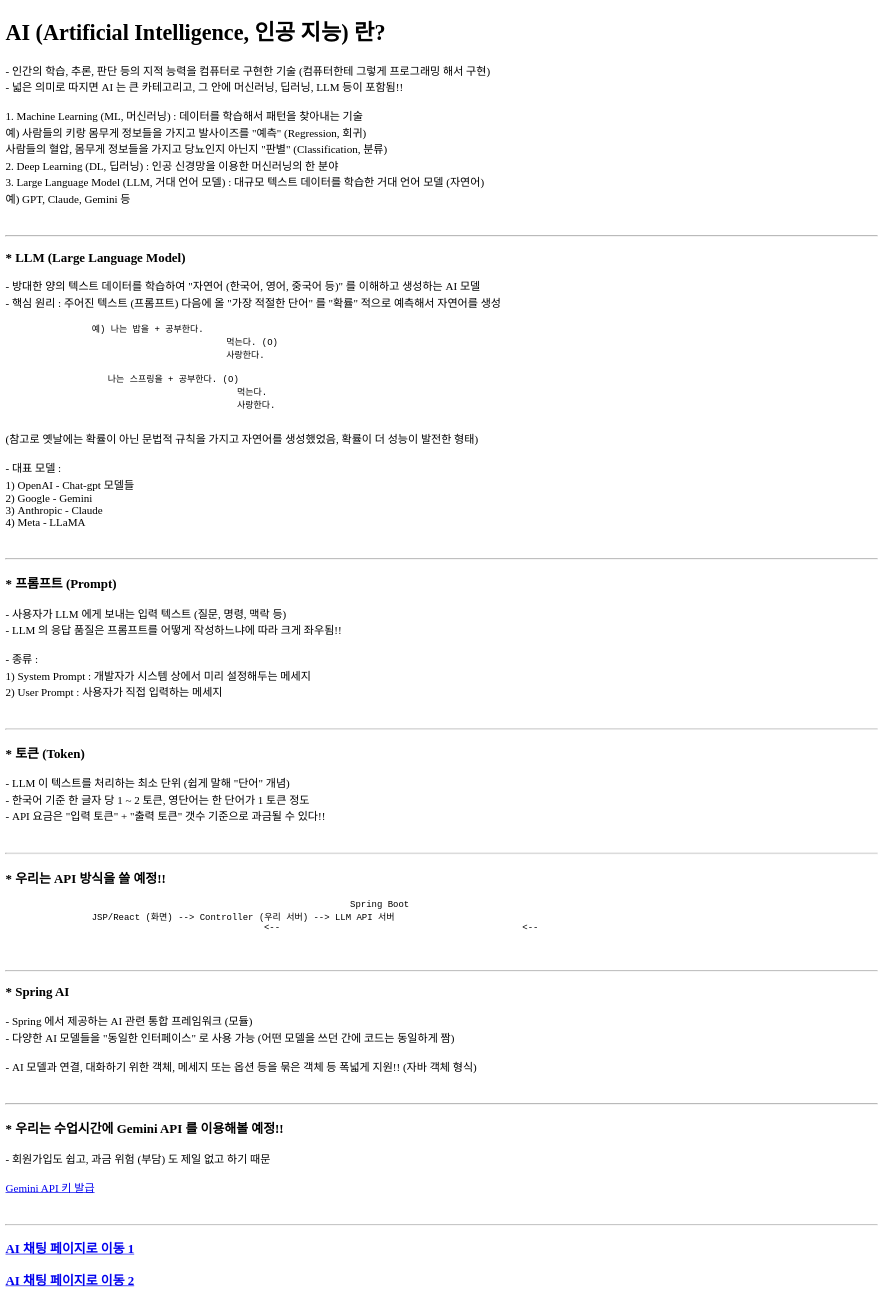
Repository: developerPKJ/10_AI-workspace
Page: http://localhost/AI_API_Project/WEB-INF/views/index.jsp
An editor plug-in stored every save of this project. The page is shown before and after the next save, followed by the edit.
The browser window is 1280 px wide. The pictures show the whole page, at 69% of full size.
The page is served by Tomcat 9. Nobody is signed in. The template is opened directly, without the code that normally fills it, so the values that code supplies are empty.

Above is the page before, as saved 2026-08-05 05:23:18.

After the next save:
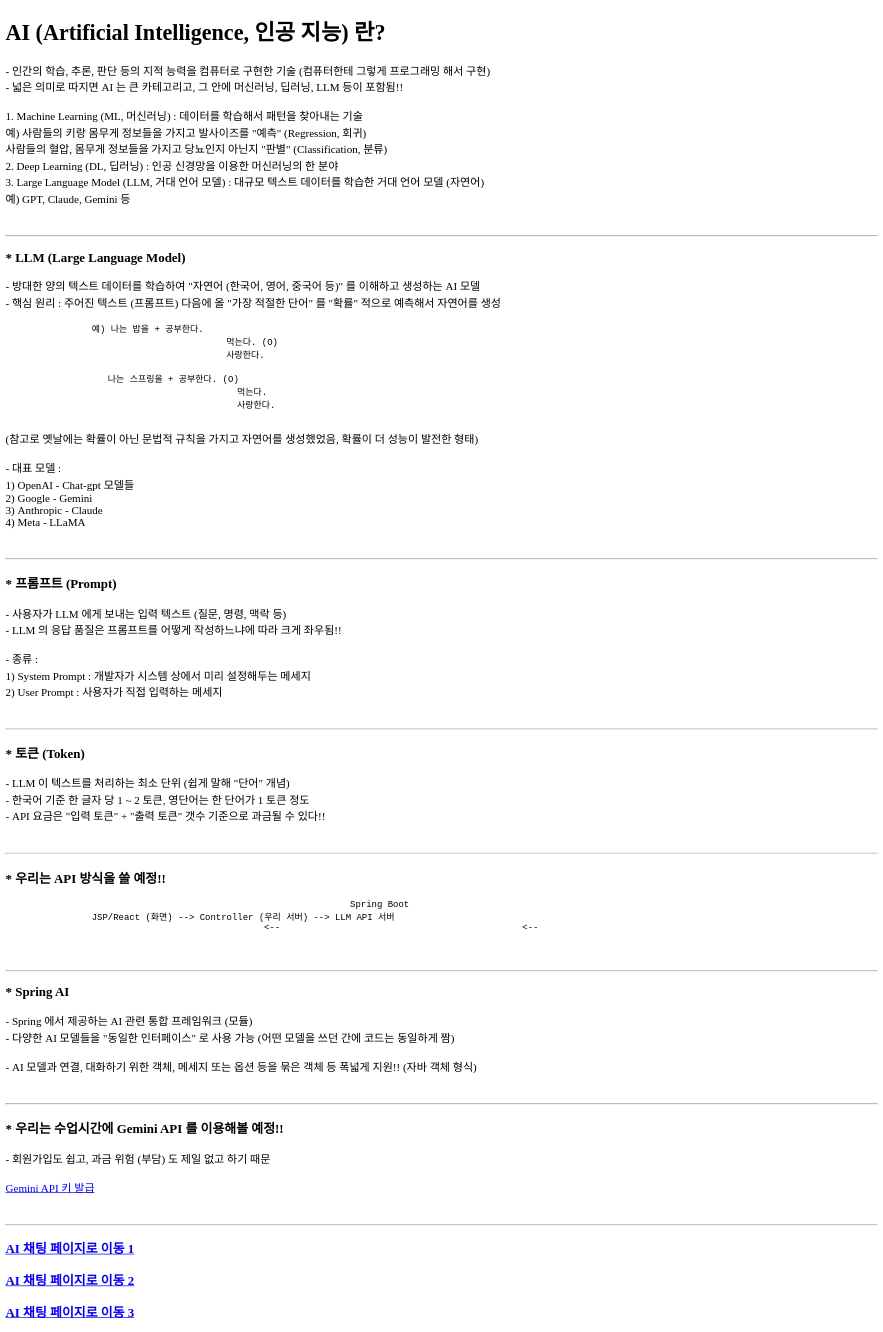
Saved 10 min 32 s later.
--- a/AI_API_Project/src/main/webapp/WEB-INF/views/index.jsp
+++ b/AI_API_Project/src/main/webapp/WEB-INF/views/index.jsp
@@ -128,6 +128,10 @@
 		<a href="/ai/chat2">AI 채팅 페이지로 이동 2</a>
 	</h3>
 
+	<h3>
+		<a href="/ai/chat3">AI 채팅 페이지로 이동 3</a>
+	</h3>
+
 
 </body>
 </html>
